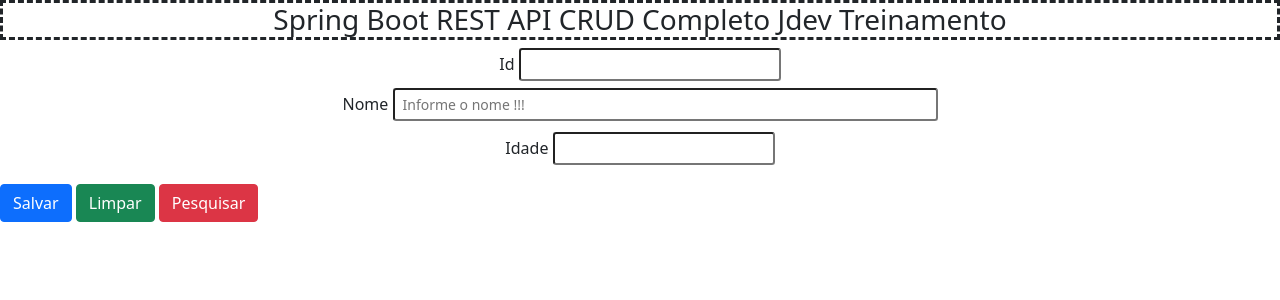
Repository: isaquelimaof/REST-API-SpringBoot
Page: springboot-rest-api-sample/src/main/resources/static/index.html
The author's editor kept a copy of each file at every save. The page is drawn from the files as they stood at one save, then again after the next save.
The browser window is 1280 px wide. The pictures show the whole page.

Above is the page before, as saved 2022-05-05 18:05:13.

### springboot-rest-api-sample/src/main/resources/static/index.html
<!DOCTYPE html>
<html lang="pt-br">
<head>
<meta charset="utf-8">
<meta name="viewport" content="width=device-width, initial-scale=1">
<link rel="stylesheet" type="text/css" href="css.css" media="screen" />
<!-- Bootstrap CSS -->
<link
	href="https://cdn.jsdelivr.net/npm/bootstrap@5.1.3/dist/css/bootstrap.min.css"
	rel="stylesheet"
	integrity="sha384-1BmE4kWBq78iYhFldvKuhfTAU6auU8tT94WrHftjDbrCEXSU1oBoqyl2QvZ6jIW3"
	crossorigin="anonymous">
<title>API REST FULL</title>
</head>
<body>
	<h3>Spring Boot REST API CRUD Completo Jdev Treinamento</h3>

	<form action="" id="formCadastroUser">

		<div class="mb-1">
			<label for="id" class="form-label">Id</label> <input type="text"
				class="form-control-sm" id="id" size="25px" readonly="readonly">
		</div>
		<div class="mb-2">
			<label for="nome" class="form-label">Nome</label> <input type="text"
				id="nome" class="form-control-sm" size="60px"
				placeholder="Informe o nome !!!">
		</div>
		<div class="mb-3">
			<label for="idade" class="form-label">Idade</label> <input
				type="number" class="form-control-sm" id="idade">
		</div>
	</form>

	<button type="button" class="btn btn-primary" onclick="salvarUsuario()">Salvar</button>
	<button type="button" class="btn btn-success"
		onclick="document.getElementById('formCadastroUser').reset()">Limpar</button>
	<button type="button" class="btn btn-danger" data-bs-toggle="modal"
		data-bs-target="#modalPesquisarUser" data-bs-whatever="@getbootstrap">Pesquisar</button>

	<div class="modal fade" id="modalPesquisarUser" tabindex="-1"
		aria-labelledby="exampleModalLabel" aria-hidden="true">
		<div class="modal-dialog">
			<div class="modal-content">
				<div class="modal-header">
					<h5 class="modal-title" id="exampleModalLabel">Pesquisar
						Usuário</h5>
					<button type="button" class="btn-close" data-bs-dismiss="modal"
						aria-label="Close"></button>
				</div>
				<div class="modal-body">
					<form>
						<div class="mb-3">
							<label for="nameBusca" class="col-form-label">Nome:</label>
							<input type="text" class="form-control" id="nameBusca">
						</div>

						<button type="button" class="btn btn-success">Pesquisar !</button>
						<!-- <div class="mb-3">
							<label for="message-text" class="col-form-label">Message:</label>
							<textarea class="form-control" id="message-text"></textarea>
						</div>  -->

					</form>

					<table class="table">
						<thead>
							<tr>
								<th scope="col">ID</th>
								<th scope="col">Nome</th>
								<th scope="col">Editar</th>
							</tr>
						</thead>
						<tbody>
							<tr>
								<th scope="row">1</th>
								<td>Mark</td>
								<td>Otto</td>
								<td>@mdo</td>
							</tr>
							<tr>
								<th scope="row">2</th>
								<td>Jacob</td>
								<td>Thornton</td>
								<td>@fat</td>
							</tr>

						</tbody>
					</table>

				</div>

				<!-- <div class="modal-footer">
						<button type="button" class="btn btn-primary">Send message</button>-->
				<button type="button" class="btn btn-danger" data-bs-dismiss="modal">Sair
					!</button>

			</div>
		</div>
	</div>
	</div>


	<script src="https://code.jquery.com/jquery-3.6.0.min.js"
		integrity="sha256-/xUj+3OJU5yExlq6GSYGSHk7tPXikynS7ogEvDej/m4="
		crossorigin="anonymous"></script>

	<!-- Option 1: Bootstrap Bundle with Popper -->
	<script
		src="https://cdn.jsdelivr.net/npm/bootstrap@5.1.3/dist/js/bootstrap.bundle.min.js"
		integrity="sha384-ka7Sk0Gln4gmtz2MlQnikT1wXgYsOg+OMhuP+IlRH9sENBO0LRn5q+8nbTov4+1p"
		crossorigin="anonymous"></script>


	<script type="text/javascript">
		function salvarUsuario() {
			//busca valores no campo
			var id = $("#id").val();
			var nome = $("#nome").val();
			var idade = $("#idade").val();

			//Trabalhando com Ajax - Sempre vai ser usado esse modelo para se comunicar com a API
			$.ajax({
				method : "POST",
				url : "salvar",
				data : JSON.stringify({
					id : id,
					nome : nome,
					idade : idade
				}),
				contentType : "application/json; charset=utf-8",
				success : function(response) {
					$("#id").val(response.id);
					alert("Salvo com Sucesso!");
				}
			}).fail(function(xhr, status, errorThrown) {
				alert("Erro ao salvar usuario !: " + xhr.responseText);
			});

		}
	</script>

</body>
</html>

### springboot-rest-api-sample/src/main/resources/static/css.css
@charset "utf-8";

h3 {
	text-align: center;

}
.mb-1{
	text-align: center;
}
.mb-2{
	text-align: center;
}
.mb-3{
	text-align: center;
}

.class .btn {
	text-align: center;
}
h3 {
	border-style: dashed;
	}

After the next save:
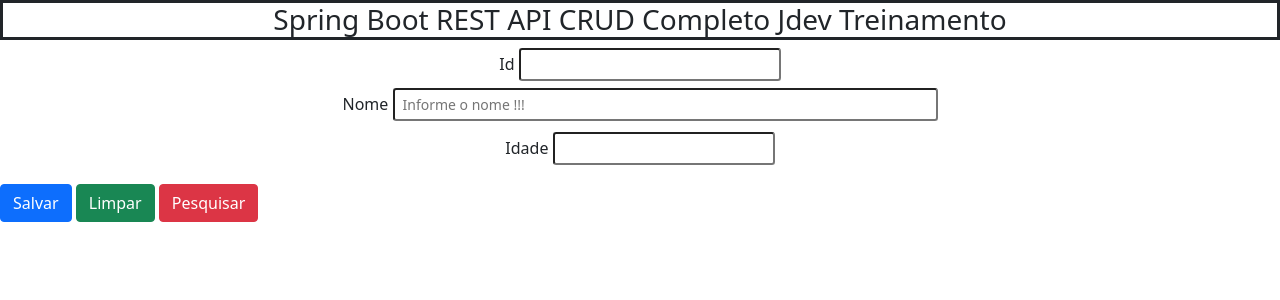
Saved 6 s later.
--- a/springboot-rest-api-sample/src/main/resources/static/css.css
+++ b/springboot-rest-api-sample/src/main/resources/static/css.css
@@ -18,5 +18,5 @@ h3 {
 	text-align: center;
 }
 h3 {
-	border-style: dashed;
+	border-style: solid;
 	}
